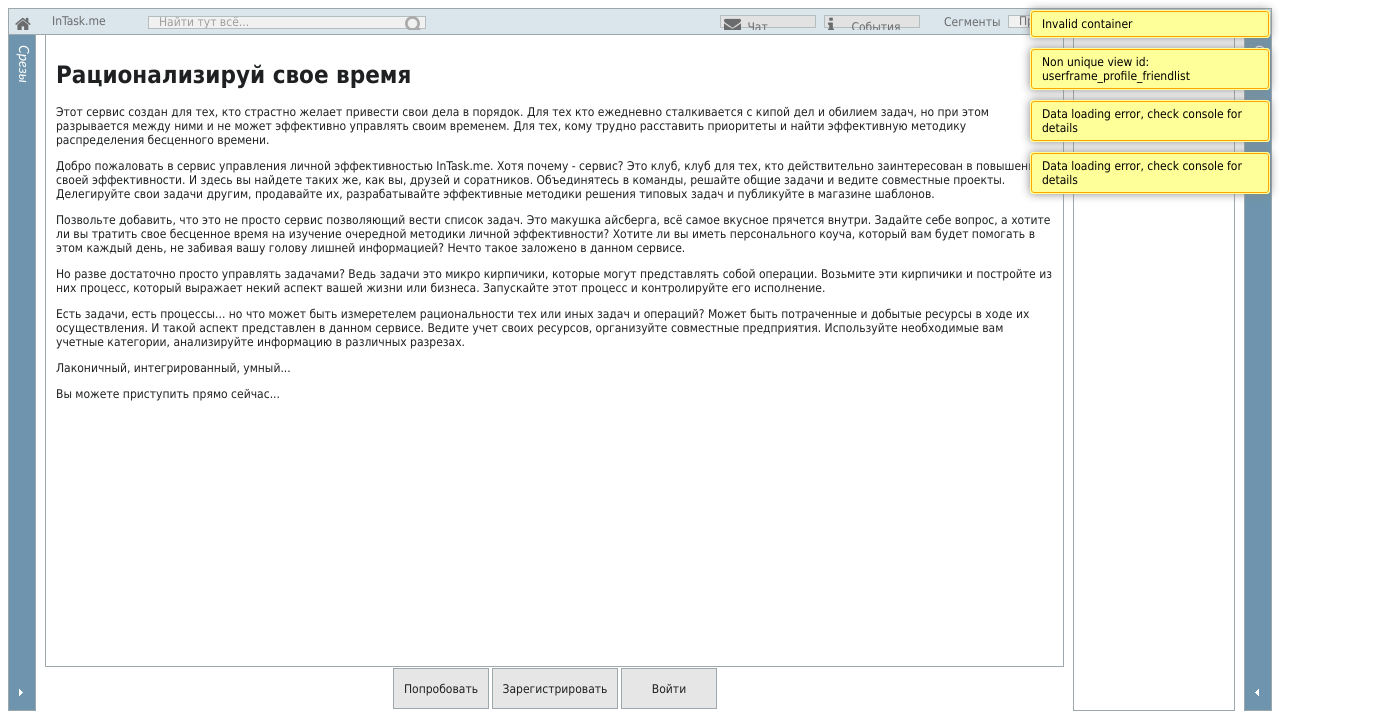
Repository: Startdoid/fnsc
Page: client/index.html
The author's editor kept a record of every edit. The page is drawn from the files as they stood at one moment, then again after the next edit.
The browser window is 1280 px wide. The page is 1280 px wide, then 1395 px, so the pictures cover 1395 px, including what lies to the right of the window. The pictures show the whole page.
The page's requests for data from a server got no answer.

Above is the page before.
Console error (its wording comes from the project's code and is left out).

### client/index.html
<!doctype html>
<html>
  <head>
    <meta content="charset=UTF-8" />
    <link rel="stylesheet" type="text/css" href="css/style.css" />
    <title>InTask.me</title>

    <script type="text/javascript" src="js/jquery.min.js"></script>
		<script type="text/javascript" src="js/underscore.js"></script>
		<script type="text/javascript" src="js/backbone.js"></script>

    <script type="text/javascript" src="codebase/webix_debug.js" charset="utf-8"></script>
    <link href="codebase/skins/web.css" rel="stylesheet" type="text/css">

    <script type="text/javascript" src="js/main.js"></script>
  </head>

  <style>
  	div.friend_avatar {
		  width: 120px;
		  float: left;
	  }
	 	div.friend_avatar img {
	  	border: none;
	  }

  	div.friend_info span {
  		display: block;
  		width: 64px;
  		font-weight: bold;
  		float: left;
  	}
  	.friend_info, .friend_avatar {
  		padding:8px;
  		line-height: 21px;
  	}
  	.mainSelector .webix_list_item {
	    line-height:50px;
    }
    .bless {
      border: none;
    }
  </style>

  <body>
		<div id="masterframe"></div>
		<div id="headerframe"></div>
		<div id="greetingframe"></div>
		<div id="centralframe"></div>
		<div id="registerframe"></div>
		<div id="loginframe"></div>
		<div id="userframe"></div>
		<div id="leftframe" style='width:20%'></div>
		<div id="rightframe" style='width:20%'></div>

		<div id="sliceframe" style='width:20%'></div>

		<div id="slicegroupsframe"></div>
		<div id="gridgroupsframe"></div>
		<div id="sliceusersframe"></div>
		<div id="sliceprojectsframe"></div>
		<div id="inslicegroups"></div>
		<div id="slicetagsframe"></div>

		<div id="userframe_profile_friendlist"></div>

		<div id="loginForm"></div>

		<div id="friendlist_template" style='display:none'>
  		<div class='friend_avatar'>
  			<img src='img/avatars/#img#'/>
  		</div>
  		<div class='friend_info'>
  			<div><span>Name:</span>#name#</div>
  			<div><span>Email:</span>#email#</div>
  		</div>
  	</div>

    <script type="text/javascript" charset="utf-8">
      var webix = window.webix;
	    window.App = {
	      //user
  	    Frame:      {},//webix cfg frame
        Models:     {},//backbone models
        WebixViews: {},//webix views in views dir with
        Views:      {},//backbone views in views dir
        Collections:{},//backbone collections in collection dir
        Trees:      {},
        WinSize:    {pageWidth:0, pageHeight:0, windowWidth:0, windowHeight:0}
       // Routes:     {} //backbone routes in main.js
      };

      window.App.GetWinSize = function() {
        var xScroll, yScroll;
        if (window.innerHeight && window.scrollMaxY) {
          xScroll = document.body.scrollWidth;
          yScroll = window.innerHeight + window.scrollMaxY;
        } else if (document.body.scrollHeight > document.body.offsetHeight){ // all but Explorer Mac
          xScroll = document.body.scrollWidth;
          yScroll = document.body.scrollHeight;
        } else if (document.documentElement && document.documentElement.scrollHeight > document.documentElement.offsetHeight){ // Explorer 6 strict mode
          xScroll = document.documentElement.scrollWidth;
          yScroll = document.documentElement.scrollHeight;
        } else { // Explorer Mac...would also work in Mozilla and Safari
          xScroll = document.body.offsetWidth;
          yScroll = document.body.offsetHeight;
        }

        var windowWidth, windowHeight;
        if (window.self.innerHeight) { // all except Explorer
          windowWidth = window.self.innerWidth;
          windowHeight = window.self.innerHeight;
        } else if (document.documentElement && document.documentElement.clientHeight) { // Explorer 6 Strict Mode
          windowWidth = document.documentElement.clientWidth;
          windowHeight = document.documentElement.clientHeight;
        } else if (document.body) { // other Explorers
          windowWidth = document.body.clientWidth;
          windowHeight = document.body.clientHeight;
        }

        var pageHeight, pageWidth;
        // for small pages with total height less then height of the viewport
        if(yScroll < windowHeight){
          pageHeight = windowHeight;
        } else {
          pageHeight = yScroll;
        }

        // for small pages with total width less then width of the viewport
        if(xScroll < windowWidth){
          pageWidth = windowWidth;
        } else {
          pageWidth = xScroll;
        }

        window.App.WinSize = { 'pageWidth':pageWidth, 'pageHeight':pageHeight, 'windowWidth':windowWidth, 'windowHeight':windowHeight };
      }();

      webix.ui.fullScreen();
			webix.ready(implementFunction);
    </script>
    <script type="text/javascript" src='js/models/task.js'></script>
    <script type="text/javascript" src='js/models/user.js'></script>
    <script type="text/javascript" src='js/models/group.js'></script>
    <script type="text/javascript" src='js/collections/tasks.js'></script>
    <script type="text/javascript" src='js/collections/groups.js'></script>
    <script type="text/javascript" src='js/views/dview.js'></script>
    <script type="text/javascript" src='js/views/wmasterview.js'></script>
  </body>
</html>

### client/js/main.js
//блок, который исполнит вебикс когда все загрузит
var implementFunction = (function() {
  var App = window.App;
  var webix = window.webix;
  var Backbone = window.Backbone;

  var showInterface = function(enable) {
    $$("sliceframe").define("collapsed", !enable);
    if(enable) $$("sliceframe").enable(); else $$("sliceframe").disable();
    $$("sliceframe").refresh();

    $$("optionsframe").define("collapsed", !enable);
    if(enable) $$("optionsframe").enable(); else $$("optionsframe").disable();
    $$("optionsframe").refresh();

    if(enable) $$("headerframe").enable(); else $$("headerframe").disable();
    $$("headerframe").refresh();
  };

  //создадим экземпляр бакбоновского роутера, который будет управлять навигацией на сайте
	App.Router = new (Backbone.Router.extend({
	  //слева роут, косая в скобках означает, что роут может быть как с косой чертой на конце, так и без нее
	  //справа функция, которая вызовется для соответствующего роута
		routes:{
			"login(/)":"login",
			"logout(/)":"logout",
			"register(/)":"register",
			"groups(/)":"groups",
			"tasks(/)":"tasks",
			"users(/)":"users",
			'home(/)':"home",
			'':"index"
		},
		//home выбрасывает в корень
		home:function() {
		  this.navigate('', {trigger: true});
		},
		//корень приложения
		index:function() {
		  if(App.User.get('id') === 0) {
        var promise = webix.ajax().get('api/logged', {}, function(text, data) {
          App.User.set('usrLogged', data.json().usrLogged);
          App.User.set('id', data.json().id);
          interfaceSelector();
	      });

        promise.then(function(realdata){}).fail(function(err) {
          connectionErrorShow(err);
        });
		  } else {
		    interfaceSelector();
		  }
		},
		groups:function() {
		  this.navigate('', {trigger: true});
		},
		tasks:function() {
		  this.navigate('', {trigger: true});
		},
		users:function() {
		  this.navigate('', {trigger: true});
		},
		login:function() {
      showInterface(false);
	    $$('loginframe').show();
		},
		logout:function() {
      var promise = webix.ajax().put("api/logout", { id: App.User.id });

      promise.then(function(realdata) {
        defaultState();
        App.Router.navigate('', {trigger: true});
      }).fail(function(err){
        connectionErrorShow(err);
      });
		},
		register:function() {
	    //Меняем окно приветствия, на окно регистрации
      showInterface(false);
	    $$('registerframe').show();
		}
	}))();

	//***************************************************************************
	//AFTER FETCH FUNCTIONs
  var showUserDataAfterFetch = function(User, response, options) {
    showInterface(true);

    $$('userframe').show();
    $$("userframe").hideProgress();

    $$("optionsframe_views_userprofile").show();

    App.Collections.Groups.fetch({ success: showGroupDataAfterFetch });
  };

  var showGroupDataAfterFetch = function(Groups, response, options) {
    App.Trees.GroupTree.treeBuild(App.Collections.Groups.models);

    $$('ingrid_groupframe').load('GroupData->load');
    $$('slicegroups').load('GroupData->load');
  };

  var showTaskDataAfterFetch = function(Tasks, response, options) {
    App.Trees.TaskTree.treeBuild(App.Collections.Tasks.models);

    $$('ingrid_taskframe').load('TaskData->load'); //!!!!!!!!!!!!!!!!!!!!!
  };

  //***************************************************************************
  //INTERFACE MANIPULATION
  var interfaceSelector = function() {
    //если пользователь залогинился
  	if(App.User.get('usrLogged')) {
  	  //Отрисовка интерфейса в зависимости от выбранного сегмента
  	  showInterface(true);
  	  switch(App.User.get('thisSegment')) {
        case 'users':
       	  $$("userframe").showProgress({
            type:"icon",
            delay:500
          });

          App.User.url = '/api/users/' + App.User.get('id');
          App.User.fetch({ success: showUserDataAfterFetch });

          break;
        case 'groups':
          App.Collections.Groups.fetch({ success: showGroupDataAfterFetch });
          $$('groupframe').show();
          break;
        case 'tasks':
          App.Collections.Tasks.fetch({ success: showTaskDataAfterFetch });
          $$('taskframe').show();
          break;
        case 'templates':
          // code
          break;
        case 'finances':
          break;
        case 'process':
          // code
          break;
        case 'files':
          // code
          break;
        case 'notes':
          // code
          break;
  	  }
  	} else {
  	  showInterface(false);
  	  $$('greetingframe').show();
  	} //if(App.User.usrLogged)
  };

  var connectionErrorShow = function(err) {
    if(err.status === 434) {
      defaultState();
      App.Router.navigate('', {trigger: true});
    }
    webix.message({type:"error", text:err.responseText});
  };

  //***************************************************************************
  //INIT FUNCTIONs
  var UserModelInit = function() {
    //Инициализируем глобальный объект пользователя со всеми настройками приложения
  	App.User = new App.Models.User();

  	//Привязываем события которые будут обрабатываться User model
  	App.User.on('change:thisSegment', function() {
  	});

  	App.User.on('change:thisTry', function() {
  	  //App.Router.navigate('home', {trigger:true} );
  	});

  	App.User.on('change:this_ingrid_groupframe_ItemSelected', function() {
  	  //console.log(App.User.get('this_ingrid_groupframe_ItemSelected') + " item select");
  	});
  };

  var GroupModelInit = function() {
  	App.Trees.GroupTree = new treeManager();

  	App.Collections.Groups = new collectionGroups();

  	App.Collections.Groups.on('add', function(grp) {
  	  App.Trees.GroupTree.treeAdd(grp);
  	});

  	App.Collections.Groups.on('remove', function(ind) {
  	  App.Trees.GroupTree.treeRemove(ind);
  	});

    App.Collections.Groups.on('change', function(model, options) {
      App.Trees.GroupTree.treeChange(model);
      model.save();
    });

    App.Collections.Groups.on('move', function(currentPosId, newPosId, parentId) {
      App.Trees.GroupTree.move(currentPosId, newPosId, parentId);
    });
  };

  var TaskModelInit = function() {
    App.Trees.TaskTree = new treeManager();

    App.Collections.Tasks = new collectionTasks();

    App.Collections.Tasks.on('add', function(tsk) {
      App.Trees.TaskTree.treeAdd(tsk);
    });

  	App.Collections.Tasks.on('remove', function(ind) {
  	  App.Trees.TaskTree.treeRemove(ind);
  	});

    App.Collections.Tasks.on('change', function(model, options) {
      App.Trees.TaskTree.treeChange(model);
      model.save();
    });

    App.Collections.Tasks.on('move', function(currentPosId, newPosId, parentId) {
      App.Trees.TaskTree.move(currentPosId, newPosId, parentId);
    });
  };

  var defaultState = function() {
    delete App.User;
    UserModelInit();

    delete App.Trees.GroupTree;
    delete App.Collections.Groups;
    GroupModelInit();

    delete App.Trees.TaskTree;
    delete App.Collections.Tasks;
    TaskModelInit();

    $$('ingrid_taskframe').clearAll();

    $$('ingrid_groupframe').clearAll();
    $$('slicegroups').clearAll();

    $$('mnuSegments').setValue(1);
  };

  //***************************************************************************
  //TREE MANAGER
  //объект организует работу с деревьями, для того что бы линейную бэкбоновскую коллекцию
  //разворачивать в древовидную структуру и выводить в webix-овые вьюхи
	var treeManager = function (collection) {
	  //древовидный массив
	  var tree = [];
	  var views = [];

    //рекурсивный перебор
    var treeRecursively = function(branch, list) {
      if (typeof branch === 'undefined') return null;
      var tr = [];
      for(var i=0; i<branch.length; i++)
      {
          branch[i].data = treeRecursively(list[ branch[i].id ], list);
          tr.push(branch[i]);
      }
      return tr;
    };

    //функция рекурсивного обхода дерева, корень дерева представлен, как branch
    //ветка дерева содержится в массиве data корня branch т.е. branch->data[branch->data[branch->data]] и т.д.
    var recursively = function(branch, element, oper) {
      //проверка на то что корень является данными типа - объект
      if (typeof branch === 'undefined') return false;
      //проверка на то что корень не обнулен
      if (branch === null) return false;

      //Если родитель корневой элемент, то добавим в корень
      if ((oper === 'add') && (element.parent_id === 0)) {
        branch.push(element);
        return true;
      }

      for (var i = 0; i<branch.length; i++) {
        if (branch[i] === null) continue;

        if (oper === 'add') {
          if (element.parent_id === branch[i].id) {
            if ((branch[i].data === null) || (typeof branch[i].data === 'undefined')) {
              branch[i].data = [];
            }
            branch[i].data.push(element);
            return true;
          } else {
            if(recursively(branch[i].data, element, oper)) { return true }
          }
        } else {
          if (element.id === branch[i].id) {
            //var deletedElements = this.models.splice(delElementIndex, 1); ПОПРОБУЙ
            branch[i] = null;
            //delete branch[i];
            return true;
          }
          else
          {
            if(recursively(branch[i].data, element, oper)) { return true }
          }
        }
      }
    };

    this.treeBuild = function(collection) {
	    //преобразуем в линейный массив бэкбоновскую коллекцию (разворачиваем атрибуты объекта)
      var maplist = collection.map(function(object) { return object.attributes });
      if(maplist.length > 0) {
        //сгруппируем элементы массива по родителю
        var list = _.groupBy(maplist, 'parent_id');
        //рекурсивно перебирая сгруппированный массив построим дерево
        tree = treeRecursively(list[0], list);
      } else {
        tree = [];
      }
    };

    //добавление элемента в дерево, автоматическое обновление элементов во вьюхах из массива views
    this.treeAdd = function(element) {
      var result = recursively(tree, webix.copy(element.attributes), 'add');
      if(result) {
        //var currentItem = views[0].getItem(element.attributes.parent_id);
        //views[0].data.sync(tree);
        for (var i = views.length; i--; ) {
          //var insertIndex = tree.getIndexById(element.attributes.parent_id);
          views[i].add(webix.copy(element.attributes), -1, element.attributes.parent_id);
          views[i].refresh();
        }
      }
    };

    this.treeRemove = function(element) {
      var result = recursively(tree, element.attributes, 'delete');
      if(result) {
        for (var i = views.length; i--; ) {
          views[i].remove(element.attributes.id);
          views[i].refresh();
        }
      }
    };

    this.treeChange = function(element) {
      for (var i = views.length; i--; ) {
        var record = views[i].getItem(element.get('id'));
        var chgAtr = element.changedAttributes();
        var keysArr = _.keys(chgAtr);
        var valuesArr = _.values(chgAtr);
        for (var j = keysArr.length; j--; ) {
          record[keysArr[j]] = valuesArr[j];
        }
        views[i].refresh();
      }
    };

    this.move = function(currentPosId, newPosId, parentId) {
      for (var i = views.length; i--; ) {
        //var newPosIndex = views[i].getBranchIndex(newPosId, views[i].getParentId(newPosId));
        //views[i].move(currentPosId, newPosIndex, null, { parent: views[i].getParentId(newPosId) });
        //views[i].refresh();
        var newPosIndex = views[i].getBranchIndex(newPosId, parentId);
        views[i].move(currentPosId, newPosIndex, null, { parent: parentId });
        views[i].refresh();
      }
    };

    //добавление вьюхи в массив для датабиндинга
    this.viewsAdd = function(view) {
      if (typeof view === 'object')
      {
        //добавим в массив, если нет такой
        if(views.indexOf(view) === -1) {
          views.push(view);

          //обновим вновь добавленную информ��цией из дерева
          view.clearAll();
          view.parse(JSON.stringify(tree));
        }
      }
    };

    //удаление вьюхи из массива датабиндинга
    this.viewsDelete = function(view) {
      console.log('view delete');
    };

    //если при создании объекта передан не пустой параметр, то формируется дерево
	  if (typeof collection !== 'undefined')
	  {
	    this.treeBuild(collection);
	  }
  };

  //_.extend(App.Collections.Groups, Backbone.Events);
  UserModelInit();
  GroupModelInit();
  TaskModelInit();

// var userframe_profile_friendlist = {
//   view:"dataview", id:"userframe_profile_friendlist",container:"userframe_profile_friendlist",select:1,
// 	width:300, minHeight:App.WinSize.windowHeight / 100 * 85, autoheight:false,
// 	borderless:false, scroll:'y', yCount:9, xCount:1,
// 	type:{ height: 80, width:300 },
// 	template:"html->friendlist_template",
//   url:'api/userlist',
//   on: {
//     'onScroll': function(pos)
//     {
//       webix.message(pos);
//     }
//   }
//};


var userframe_profile_friendlist = {
  view:"dataview", id:"userframe_profile_friendlist",
  yCount:9, xCount:1,
	container:"userframe_profile_friendlist",

	//select:1,
	autowidth:true,
	//type:{template:"{common.space()}"},
	url:'api/userlist'
};


  //вебикс конфигурация основного окна загруженная в экземпляр объекта вебиксового менеджера окон
  //описание внизу модуля
  var masterframe = new webix.ui({
    id:"masterframe",
    container:"masterframe",
    //minHeight:App.WinSize.windowHeight / 100 * 95,
    autoheight:true,
    autowidth:true,
    cols:[{
    rows:[App.Frame.headerframe,
      {cols:[App.Frame.sliceframe, App.Frame.centralframe, userframe_profile_friendlist, App.Frame.optionsframe]}
    ]
    }]
  });
  webix.extend($$("userframe"), webix.ProgressBar);

  $$("userframe_profile_friendlist").attachEvent("onScrollY", function(pos){
            var state = $$('userframe_profile_friendlist').getScrollState();
            webix.message("The scroll coordinates: ["+state.x+","+state.y+"]");
});

  $$('ingrid_groupframe').attachEvent('onAfterEditStart', function(id) {
    App.User.set('this_ingrid_groupframe_ItemEdited', id);
  });

  $$('ingrid_groupframe').attachEvent('onAfterEditStop', function(state, editor, ignoreUpdate) {
    var ItemEdited = App.User.get('this_ingrid_groupframe_ItemEdited');
    var ItemSelected = App.User.get('this_ingrid_groupframe_ItemSelected');
    if (editor.column === 'name') {
      if(ItemEdited != ItemSelected) {
        this.getItem(ItemEdited).name = state.old;
        this.updateItem(ItemEdited);
        App.User.set('this_ingrid_groupframe_ItemEdited', null);
      } else {
        var selectGroup = App.Collections.Groups.get(App.User.get('this_ingrid_groupframe_ItemEdited'));
        selectGroup.set({ 'name': state.value });
      }
    }
  });

  $$('ingrid_taskframe').attachEvent('onAfterEditStart', function(id) {
    App.User.set('this_ingrid_taskframe_ItemEdited', id);
  });

  $$('ingrid_taskframe').attachEvent('onAfterEditStop', function(state, editor, ignoreUpdate) {
    var ItemEdited = App.User.get('this_ingrid_taskframe_ItemEdited');
    var ItemSelected = App.User.get('this_ingrid_taskframe_ItemSelected');
    if (editor.column === 'name') {
      if(ItemEdited != ItemSelected) {
        this.getItem(ItemEdited).name = state.old;
        this.updateItem(ItemEdited);
        App.User.set('this_ingrid_taskframe_ItemEdited', null);
      } else {
        var selectTask = App.Collections.Tasks.get(App.User.get('this_ingrid_taskframe_ItemEdited'));
        selectTask.set({ 'name': state.value });
      }
    }
  });
  showInterface(false);

  webix.i18n.parseFormatDate = webix.Date.strToDate("%m/%d/%Y");
  webix.event(window, "resize", function() { masterframe.adjust(); });
  Backbone.history.start({pushState: true, root: "/"});
});

### client/greeting.html
<div id="greetingframe">
  <H1>Рационализируй свое время</H1>
  <p>Этот сервис создан для тех, кто страстно желает привести свои дела в порядок. Для тех кто ежедневно сталкивается с
    кипой дел и обилием задач, но при этом разрывается между ними и не может эффективно управлять своим временем. Для тех,
    кому трудно расставить приоритеты и найти эффективную методику распределения бесценного времени.
  </p>
  <p>Добро пожаловать в сервис управления личной эффективностью InTask.me. Хотя почему - сервис? Это клуб, клуб для тех,
    кто действительно заинтересован в повышении своей эффективности. И здесь вы найдете таких же, как вы, друзей и соратников.
    Объединятесь в команды, решайте общие задачи и ведите совместные проекты. Делегируйте свои задачи другим, продавайте их,
    разрабатывайте эффективные методики решения типовых задач и публикуйте в магазине шаблонов.
  </p>
  <p>Позвольте добавить, что это не просто сервис позволяющий вести список задач. Это макушка айсберга, всё самое вкусное прячется внутри.
    Задайте себе вопрос, а хотите ли вы тратить свое бесценное время на изучение очередной методики личной эффективности?
    Хотите ли вы иметь персонального коуча, который вам будет помогать в этом каждый день, не забивая вашу голову лишней информацией?
    Нечто такое заложено в данном сервисе.
  </p>
  <p>Но разве достаточно просто управлять задачами? Ведь задачи это микро кирпичики, которые могут представлять собой операции.
    Возьмите эти кирпичики и постройте из них процесс, который выражает некий аспект вашей жизни или бизнеса. Запускайте этот процесс
    и контролируйте его исполнение.
  </p>
  <p>Есть задачи, есть процессы... но что может быть измеретелем рациональности тех или иных задач и операций? Может быть потраченные
    и добытые ресурсы в ходе их осуществления. И такой аспект представлен в данном сервисе. Ведите учет своих ресурсов, организуйте совместные
    предприятия. Используйте необходимые вам учетные категории, анализируйте информацию в различных разрезах.
  </p>
  <p>Лаконичный, интегрированный, умный...</p>
  <p>Вы можете приступить прямо сейчас...</p>
</div>

Loaded but not shown: client/js/jquery.min.js (library); client/codebase/webix_debug.js (library); client/js/backbone.js (1608 lines, source omitted); client/js/underscore.js (1416 lines, source omitted); client/js/views/wmasterview.js (871 lines, source omitted); client/js/collections/groups.js (153 lines, source omitted); client/js/collections/tasks.js (151 lines, source omitted); client/js/models/group.js (22 lines, source omitted); client/js/models/user.js (12 lines, source omitted); client/js/models/task.js (10 lines, source omitted); client/codebase/skins/web.css (1153 lines, source omitted); client/js/views/dview.js (no copy from this time; the picture is the same without it); client/css/style.css (no copy from this time; the picture is the same without it)

After the next edit:
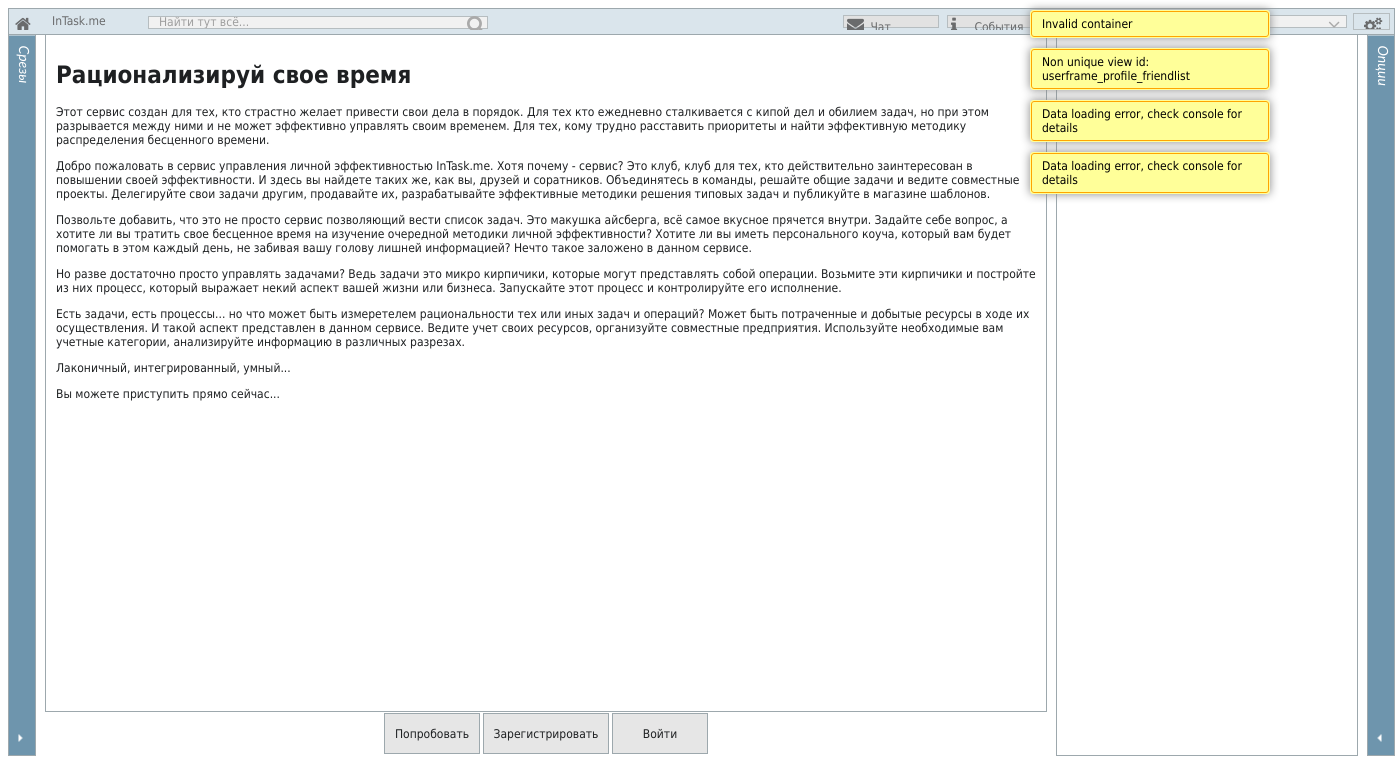
The edit:
--- a/client/js/main.js
+++ b/client/js/main.js
@@ -420,10 +420,10 @@
 
 
 var userframe_profile_friendlist = {
-  view:"dataview", id:"userframe_profile_friendlist",
-  yCount:9, xCount:1,
-	container:"userframe_profile_friendlist",
-
+  view:"dataview", id:"userframe_profile_friendlist",	container:"userframe_profile_friendlist",
+  width:300, minHeight:App.WinSize.windowHeight / 100 * 85, autoheight:false,
+  borderless:false, scroll:'y', yCount:9, xCount:1,
+  type:{ height: 80, width:300 },
 	//select:1,
 	autowidth:true,
 	//type:{template:"{common.space()}"},
